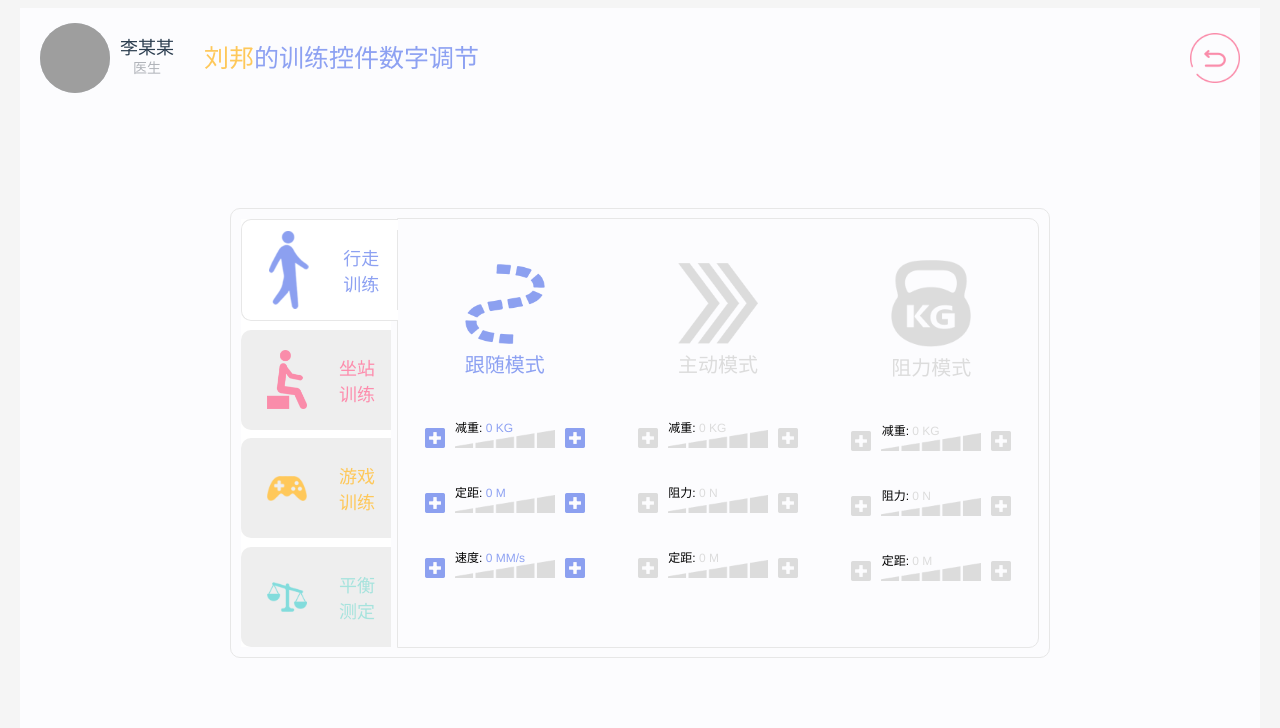
Repository: wangdanqing90/electron-vue-doctor
Page: /#/trainingAdjust
The author's editor kept a copy of each file at every save. The page is drawn from the files as they stood at one save, then again after the next save.
The browser window is 1280 px wide. The pictures show the whole page.
Pictures or frames that could not be fetched are drawn as grey boxes. The project was rebuilt for these pictures with package versions that can differ from the ones it lists, and the page was loaded fresh each time. Also part of the build but not shown: vue.config.js, src/views/Home.vue, src/assets/styles/variable.scss, src/assets/styles/iconfont.css.

Above is the page before, as saved 2020-01-15 15:56:49.

### public/index.html
<!DOCTYPE html>
<html lang="en">
  <head>
    <meta charset="utf-8">
    <meta http-equiv="X-UA-Compatible" content="IE=edge">
    <meta name="viewport" content="width=device-width,initial-scale=1.0">
    <link rel="icon" href="<%= BASE_URL %>favicon.ico">
    <title>electron-vue-demo</title>
  </head>
  <body>
    <noscript>
      <strong>We're sorry but electron-vue-demo doesn't work properly without JavaScript enabled. Please enable it to continue.</strong>
    </noscript>
    <div id="app"></div>
    <!-- built files will be auto injected -->
  </body>
</html>

### src/App.vue
<template>
  <div id="app">
    <!-- <div id="nav">
      <router-link to="/">Home</router-link> |
      <router-link to="/about">About</router-link>
    </div>-->
    <keep-alive>
      <router-view v-if="$route.meta.keepAlive"></router-view>
    </keep-alive>
    <router-view v-if="!$route.meta.keepAlive"></router-view>
  </div>
</template>

<style lang="scss">
#app {
  font-family: "Avenir", Helvetica, Arial, sans-serif;
  -webkit-font-smoothing: antialiased;
  -moz-osx-font-smoothing: grayscale;
  text-align: center;
  color: #2c3e50;
  height: 100%;
}
#nav {
  padding: 30px;
  a {
    font-weight: bold;
    color: #2c3e50;
    &.router-link-exact-active {
      color: #42b983;
    }
  }
}
</style>

### src/assets/styles/common.scss
.clearfix {

  &::after {
    display: block;
    height: 0;
    content: ".";
    clear: both;
    visibility: hidden;
  }
}

.float-left {
  float: left;
}

.float-right {
  float: right;
}

.align-left {
  text-align: left;
}

.align-right {
  text-align: right;
}

.small-size {
  font-size: 12px !important;
}

.large-size {
  font-size: 16px !important;
}

.New-elFrom {
  padding: 10px;
  background: #fff;

  .el-form-item {
    margin-bottom: 0;
  }

  .el-form-item__label {
    padding: 0;
    line-height: 30px;
    font-size: 12px;
    color: #7F8FA4;

  }

  .el-form-item__content-btn {
    text-align: center;
    padding: 20px 0 10px;
  }

  .el-select {
    display: block;
  }

  .el-date-editor.el-input,
  .el-input-number--medium {
    width: 100%;
  }
}

.el-radio-group {
  display: flex;
  display: -webkit-flex;
}

.el-radio-group .el-radio-button {
  flex: 1;
}



.el-button.purple,
.el-button.purple:active,
.el-button.purple:focus,
.el-button.purple:hover {
  color: white;
  background-color: #8c69e7;
  border: none;
  box-shadow: 0 2px 12px 0 rgba(240, 240, 240, 0.1)
}



.el-dialog {
  border-radius: 10px;

  .el-dialog__body {
    .purple {
      color: $purpleFontColor;
      font-size: 20px;
    }
  }
}

.el-form-item__label {
  color: $purpleFontColor;
}

.el-message-box .el-message-box__content {
  color: $purpleFontColor;
  font-size: 20px;
  margin: 30px 0;
  text-align: center;
}

.purpleFontColor {
  color: $purpleFontColor;
}

.pinkFontColor {
  color: $pinkFontColor;
}

.greenFontColor {
  color: $greenFontColor;
}

.yellowFontColor {
  color: $yellowFontColor;
}

### src/views/TrainingAdjust/TrainingAdjust.vue
<template>
  <div class="container">
    <HeaderDoctor :leftImg="leftImg" :title="title" :titleName="titleName">
      <template v-slot:right>
        <div class="header-right-div display_flex justify-content_flex-center align-items_center">
          <img src="@/../images/back.png" @click="backClick" />
        </div>
      </template>
    </HeaderDoctor>

    <div class="inform-container">
      <div class="inform-inner display_flex justify-content_flex-justify align-items_center">
        <div
          class="left display_inline-flex flex-direction_column justify-content_flex-justify align-items_center"
        >
          <div
            class="left-inner"
            :class="activeClass == index ? 'active':''"
            v-for="(item,index) in tagList"
            :key="index"
            @click="getItem(index)"
          >
            <div
              class="left-inner-inner display_flex justify-content_flex-around align-items_center"
            >
              <img :src="item.imgsrc" />
              <div :class="item.colorClass">
                <div>{{item.name}}</div>
                <div>{{item.namebottom}}</div>
              </div>
            </div>
          </div>
        </div>
        <div class="right display_flex justify-content_flex-justify align-items_center">
          <AdjustContiner :type="1" :disable="activeRight!=1" @selectRightClick="selectRightClick"></AdjustContiner>
          <AdjustContiner :type="2" :disable="activeRight!=2" @selectRightClick="selectRightClick"></AdjustContiner>
          <AdjustContiner :type="3" :disable="activeRight!=3" @selectRightClick="selectRightClick"></AdjustContiner>
        </div>
      </div>
    </div>
  </div>
</template>

<script>
import HeaderDoctor from "@/components/HeaderDoctor/HeaderDoctor.vue";
import AdjustContiner from "@/components/Adjust/AdjustContiner.vue";

export default {
  name: "trainingPlan",
  components: {
    HeaderDoctor,
    AdjustContiner
  },

  data() {
    return {
      leftImg: "",
      activeClass: 0,
      activeRight: 1,
      tagList: [
        {
          name: "行走",
          namebottom: "训练",
          id: 1,
          imgsrc: require("@/../images/walkingtraining.png"),
          colorClass: "purpleFontColor"
        },
        {
          name: "坐站",
          namebottom: "训练",
          id: 2,
          imgsrc: require("@/../images/stationtraining.png"),
          colorClass: "pinkFontColor"
        },
        {
          name: "游戏",
          namebottom: "训练",
          id: 3,
          imgsrc: require("@/../images/gametraining.png"),
          colorClass: "yellowFontColor"
        },
        {
          name: "平衡",
          namebottom: "测定",
          id: 4,
          imgsrc: require("@/../images/balancedetermination.png"),
          colorClass: "greenFontColor"
        }
      ]
    };
  },
  created() {
    this.leftImg = require("../../../images/logo.png");
    this.title = "的训练控件数字调节";
    this.titleName = "刘邦";
  },
  methods: {
    backClick() {
      this.$router.go(-1);
    },
    getItem(index) {
      this.activeClass = index; // 把当前点击元素的index，赋值给activeClass
    },
    selectRightClick(index) {
      this.activeRight = index;
    }
  },
  watch: {}
};
</script>

<style scoped lang="scss">
.header {
  .header-right {
    img {
      width: 50px;
      margin-left: 20px;
    }
  }
}
.inform-container {
  box-sizing: border-box;
  margin: 100px auto;
  height: 450px;
  font-size: 12px;
  border-radius: 10px;
  border: 1px solid #e7e7e7;
  width: 820px;

  .inform-inner {
    box-sizing: border-box;
    padding: 10px;
    height: 100%;
    font-size: 18px;
    .left {
      width: 150px;
      background: white;
      height: 100%;
      z-index: 10;
      .left-inner {
        width: 100%;
        border-radius: 10px 0 0 10px;
        background: #eeeeee;
        .left-inner-inner {
          height: 80px;
          margin: 10px 0 10px 10px;
        }
        img {
          width: 40px;
        }
      }
      .active {
        background: white;
        border-top: 1px solid #e7e7e7;
        border-left: 1px solid #e7e7e7;
        border-bottom: 1px solid #e7e7e7;
        width: 156px;
        margin-right: -6px;
        .left-inner-inner {
          border-right: 1px solid #e7e7e7;
        }
      }
    }
    .right {
      width: 640px;
      height: 100%;
      border-top: 1px solid #e7e7e7;
      border-right: 1px solid #e7e7e7;
      border-bottom: 1px solid #e7e7e7;
      border-left: 1px solid #e7e7e7;
      border-radius: 0 10px 10px 0;
      color: #dcdcdc;
    }
  }
}
</style>

### src/components/HeaderDoctor/HeaderDoctor.vue
// 头部组件
<template>
  <el-row>
    <el-col :span="24" class="header">
      <div
        @click="jumpDoctorInform"
        class="header-left f-left display_flex justify-content_flex-center align-items_center"
      >
        <el-avatar
          :size="70"
          src="https://cube.elemecdn.com/0/88/03b0d39583f48206768a7534e55bcpng.png"
        ></el-avatar>
        <div
          class="display_flex flex-direction_column justify-content_flex-center align-items_center margin-left-10"
        >
          <div class="name">李某某</div>
          <div class="job">医生</div>
        </div>
      </div>
      <div class="header-middle-name f-left">{{titleName}}</div>
      <div class="header-middle f-left">{{title}}</div>

      <div class="header-right f-right">
        <slot name="right"></slot>
      </div>
    </el-col>
  </el-row>
</template>

<script>
export default {
  name: "HeaderDoctor",
  props: {
    msg: String,
    leftImg: {
      type: String,
      default: "../../../images/logo.png"
    },
    title: { String, default: "" },
    titleName: { String, default: "" }
  },

  data() {
    return {};
  },

  created() {},
  beforeDestroy() {},
  beforeMount() {},
  mounted() {},
  destroyed() {},
  methods: {
    jumpDoctorInform() {
      this.$router.push({
        path: "/detailInform",
        name: "detailInform",
        query: { type: "doctor" }
      });
    }
  }
};
</script>

<style scoped lang="scss">
.header {
  height: 100px;
  line-height: 100px;
  .header-left {
    height: 100%;
    text-align: left;
    margin-right: 30px;
    img {
      width: 150px;
    }
    .name {
      height: 20px;
      line-height: 20px;
      font-size: 18px;
    }
    .job {
      height: 20px;
      line-height: 20px;
      font-size: 14px;
      color: #b0b3b9;
    }
  }
  .header-middle-name {
    font-size: 25px;

    color: $yellowFontColor;
  }
  .header-middle {
    font-size: 25px;

    color: $purpleFontColor;
  }
  .header-right {
    height: 100%;
  }
}

::v-deep .header-right-div {
  height: 100%;
}
</style>

### src/components/Adjust/AdjustContiner.vue
// 调节组件
<template>
  <div class="adjust-container" :class="disable?'':config.fontColor">
    <div class="top" @click="selectClick()">
      <img :src="disable==true?config.imgsrcGray:config.imgsrc" />
      <div>{{config.title}}</div>
    </div>

    <!-- 下面的加减按钮 -->
    <div class="bottom">
      <Adjust
        v-for="(item,index) in config.adjusts"
        :key="index"
        :disable="disable"
        :adjust="config.adjusts[index]"
        :fontColor="config.fontColor"
      ></Adjust>
    </div>
  </div>
</template>

<script>
import Adjust from "@/components/Adjust/Adjust.vue";
export default {
  name: "AdjustContiner",
  components: {
    Adjust
  },
  props: {
    type: {
      type: Number,
      default: 0
    },
    disable: {
      type: Boolean,
      default: true
    }
  },

  data() {
    return {
      config: {}
    };
  },

  created() {
    console.log(this.type + "   " + this.disable);
    this.resetData();
  },

  methods: {
    selectClick() {
      if (!this.disable) return;
      this.$emit("selectRightClick", this.type);
    },
    resetData() {
      if (this.type === 1) {
        this.config = {
          title: "跟随模式",
          imgsrc: require("@/../images/followmode_1.png"),
          imgsrcGray: require("@/../images/followmode_2.png"),
          width: "120px",
          fontColor: "purpleFontColor",
          adjusts: [
            {
              name: "减重",
              step: 10,
              total: 0,
              unit: "KG"
            },
            {
              name: "定距",
              step: 70,
              total: 0,
              unit: "M"
            },
            {
              name: "速度",
              step: 20,
              total: 0,
              unit: "MM/s"
            }
          ]
        };
      } else if (this.type === 2) {
        this.config = {
          title: "主动模式",
          imgsrc: require("@/../images/activemode_1.png"),
          imgsrcGray: require("@/../images/activemode_2.png"),
          width: "120px",
          fontColor: "purpleFontColor",
          adjusts: [
            {
              name: "减重",
              step: 10,
              total: 0,
              unit: "KG"
            },
            {
              name: "阻力",
              step: 6,
              total: 0,
              unit: "N"
            },
            {
              name: "定距",
              step: 20,
              total: 0,
              unit: "M"
            }
          ]
        };
      } else if (this.type === 3) {
        this.config = {
          title: "阻力模式",
          imgsrc: require("@/../images/resistancemode_1.png"),
          imgsrcGray: require("@/../images/resistancemode_2.png"),
          width: "120px",
          fontColor: "purpleFontColor",
          adjusts: [
            {
              name: "减重",
              step: 10,
              total: 0,
              unit: "KG"
            },
            {
              name: "阻力",
              step: 6,
              total: 0,
              unit: "N"
            },
            {
              name: "定距",
              step: 20,
              total: 0,
              unit: "M"
            }
          ]
        };
      }
    }
  }
};
</script>

<style scoped lang="scss">
.adjust-container {
  width: 210px;
  padding: 20px 20px;
  .top {
    padding: 0 0 30px 0;
    font-size: 20px;
    img {
      width: 80px;
    }
  }
}
</style>

### src/components/Adjust/Adjust.vue
// 调节组件
<template>
  <div class="adjust">
    <img class="adjustLeft" :src="this.disable?this.addDisableImg:this.addImg" @click="reduceClick" />
    <img class="adjustMiddle" :src="this.imgSrc" />
    <img class="adjustRight" :src="this.disable?this.addDisableImg:this.addImg" @click="addClick" />
    <div class="inform">
      <span>{{adjust.name}}:</span>
      {{adjust.total*this.adjust.step}} {{adjust.unit}}
    </div>
  </div>
</template>

<script>
export default {
  name: "Adjust",
  props: {
    adjust: {
      type: Object,
      default: () => {}
    },
    fontColor: {
      type: String,
      default: "purpleFontColor"
    },
    disable: {
      type: Boolean,
      default: false
    }
  },

  data() {
    return {
      reduceDisableImg: require("@/../images/subtract_3.png"),
      reduceImg: "",
      addDisableImg: require("@/../images/add_3.png"),
      addImg: "",
      imgArry: [],
      imgSrc: ""
    };
  },

  created() {
    console.log(this.adjust);
    if (this.fontColor == "purpleFontColor") {
      this.reduceImg = require("@/../images/subtract_1.png");
      this.addImg = require("@/../images/add_1.png");
      this.imgArry = [
        require("@/../images/blue_0.png"),
        require("@/../images/blue_1.png"),
        require("@/../images/blue_2.png"),
        require("@/../images/blue_3.png"),
        require("@/../images/blue_4.png"),
        require("@/../images/blue_5.png")
      ];
      this.imgSrc = this.imgArry[this.adjust.total];
    }
  },
  methods: {
    reduceClick() {
      if (this.disable || this.adjust.total <= 0) return;
      this.adjust.total--;
      console.log(this.adjust.total);
      this.imgSrc = this.imgArry[this.adjust.total];
    },
    addClick() {
      if (this.disable || this.adjust.total >= 5) return;
      this.adjust.total++;
      console.log(this.adjust.total);
      this.imgSrc = this.imgArry[this.adjust.total];
    }
  }
};
</script>

<style scoped lang="scss">
.adjust {
  position: relative;
  padding: 20px 0;
  .adjustLeft,
  .adjustRight {
    width: 20px;
  }
  .adjustMiddle {
    width: 100px;
    margin: 0 10px;
  }
  .inform {
    font-size: 12px;
    position: absolute;
    top: 10px;
    left: 37px;
    span {
      color: black;
    }
  }
}
</style>

Loaded but not shown: src/store.js (common file); src/router.js (99 lines, source omitted); src/main.js (32 lines, source omitted); src/assets/js/common.js (22 lines, source omitted); src/assets/styles/base.scss (732 lines, source omitted)

After the next save:
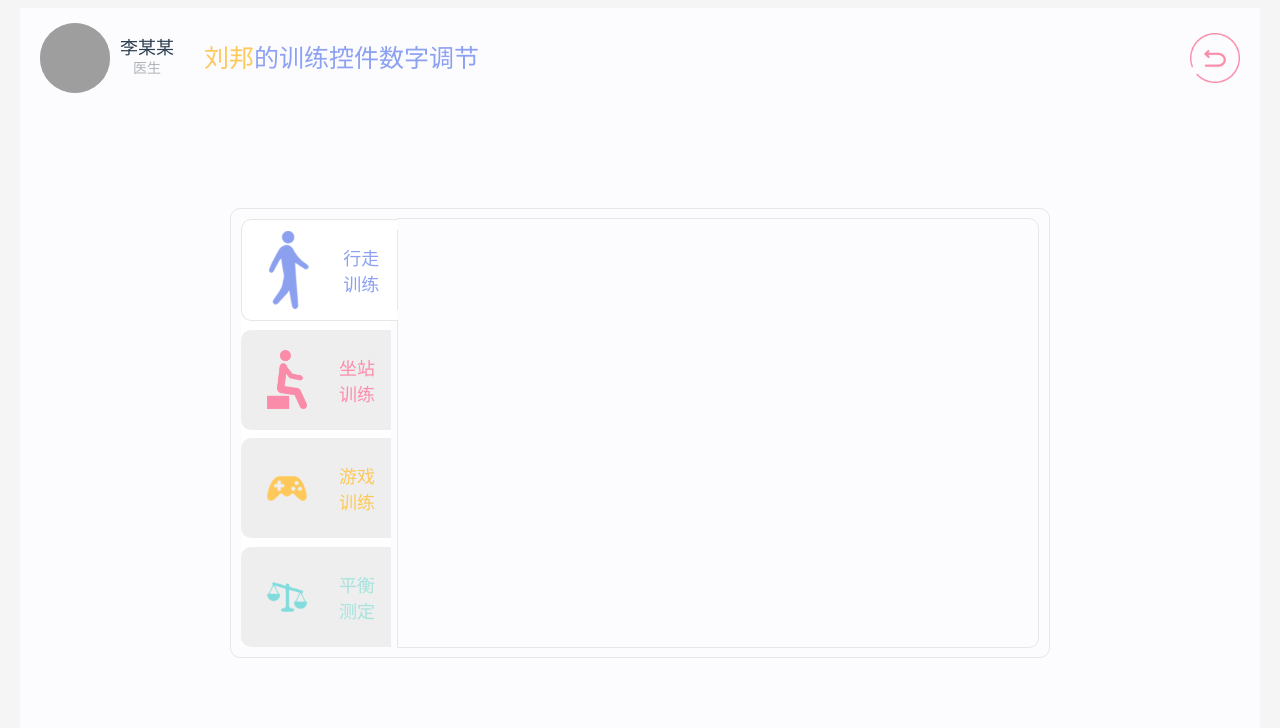
Saved 111 s later.
--- a/src/components/Adjust/AdjustContiner.vue
+++ b/src/components/Adjust/AdjustContiner.vue
@@ -53,7 +53,8 @@ export default {
       if (!this.disable) return;
       this.$emit("selectRightClick", this.type);
     },
-    resetData() {
+    resetData() {},
+    initData() {
       if (this.type === 1) {
         this.config = {
           title: "跟随模式",

After the save that followed:
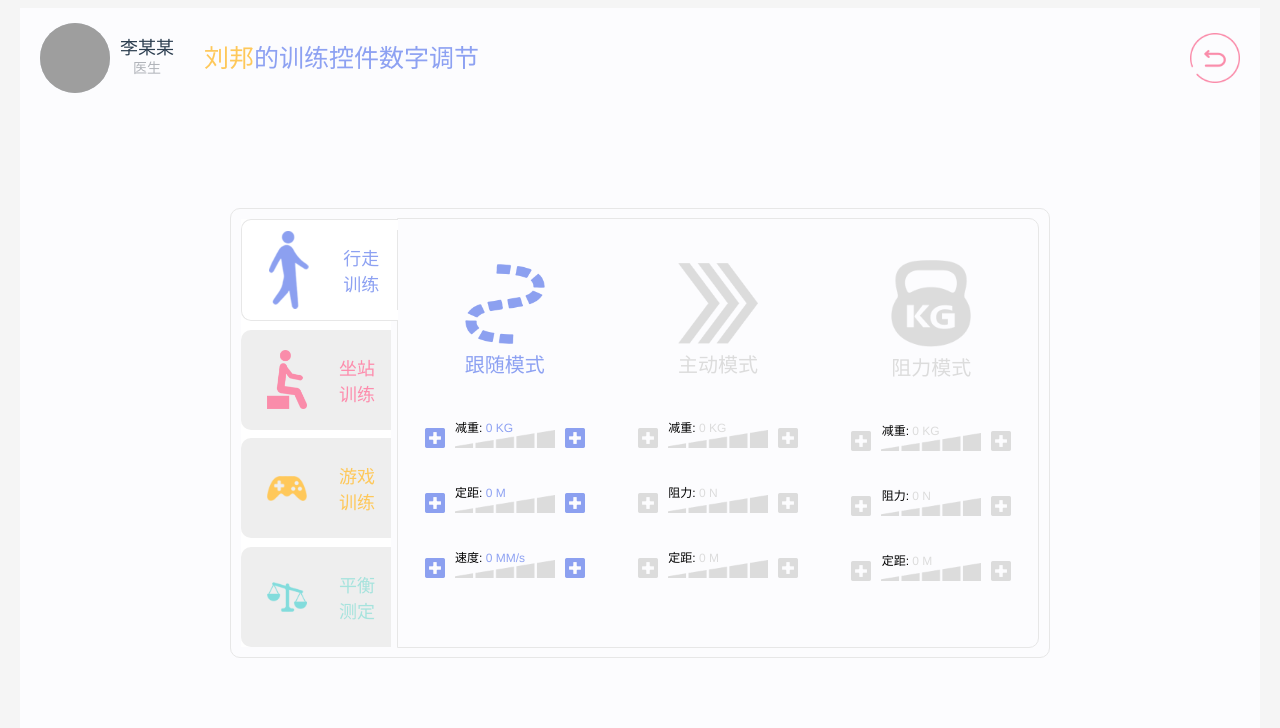
Saved 8 s later.
--- a/src/components/Adjust/AdjustContiner.vue
+++ b/src/components/Adjust/AdjustContiner.vue
@@ -45,7 +45,7 @@ export default {
 
   created() {
     console.log(this.type + "   " + this.disable);
-    this.resetData();
+    this.initData();
   },
 
   methods: {
